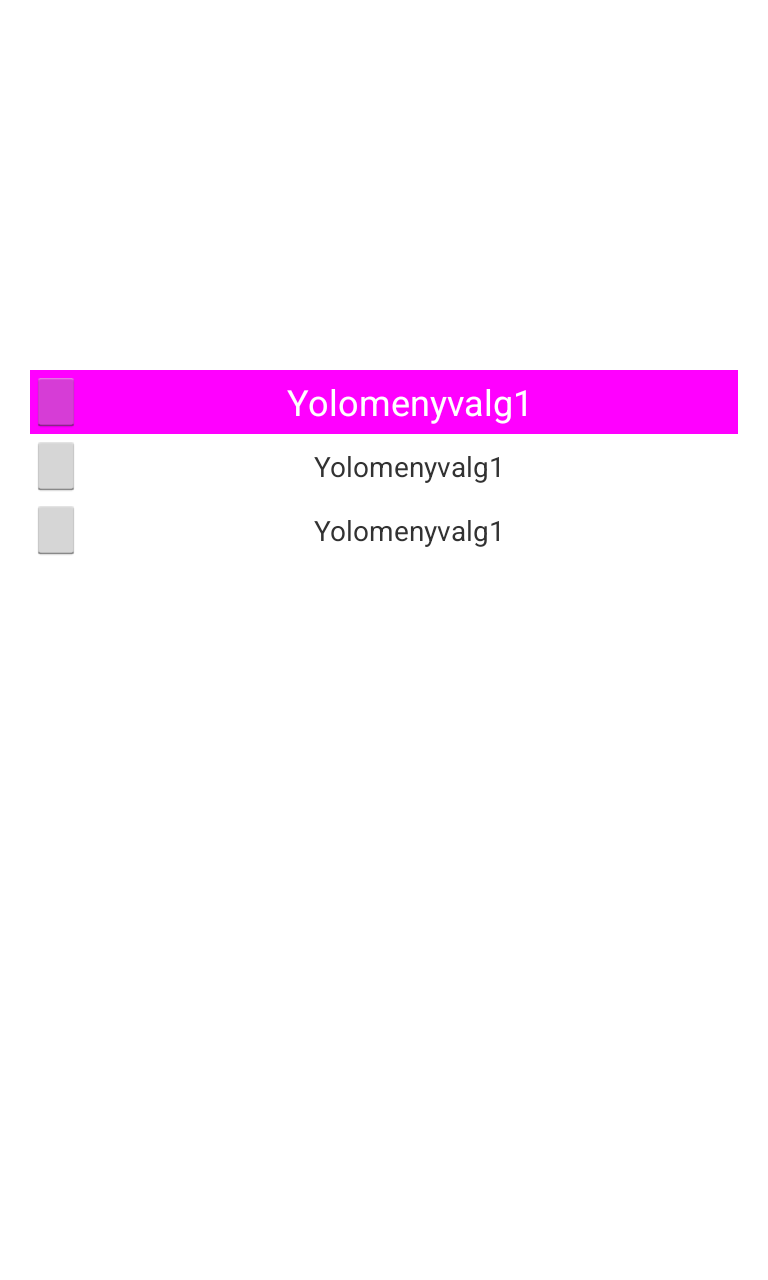
Repository: pumalove/workspace
Layout: MainActivity/res/layout/gridview.xml
These files come from the project's save history. The layout is drawn as it stood at one moment and after the next save; the edit follows.
It is drawn on a 768 x 1280 px phone screen (xhdpi) without system bars, with theme AppTheme; the app's code is not run. Lists and similar views that code fills are empty.

Above is the layout before, as saved 2014-03-17 12:00:54.

After the next save:
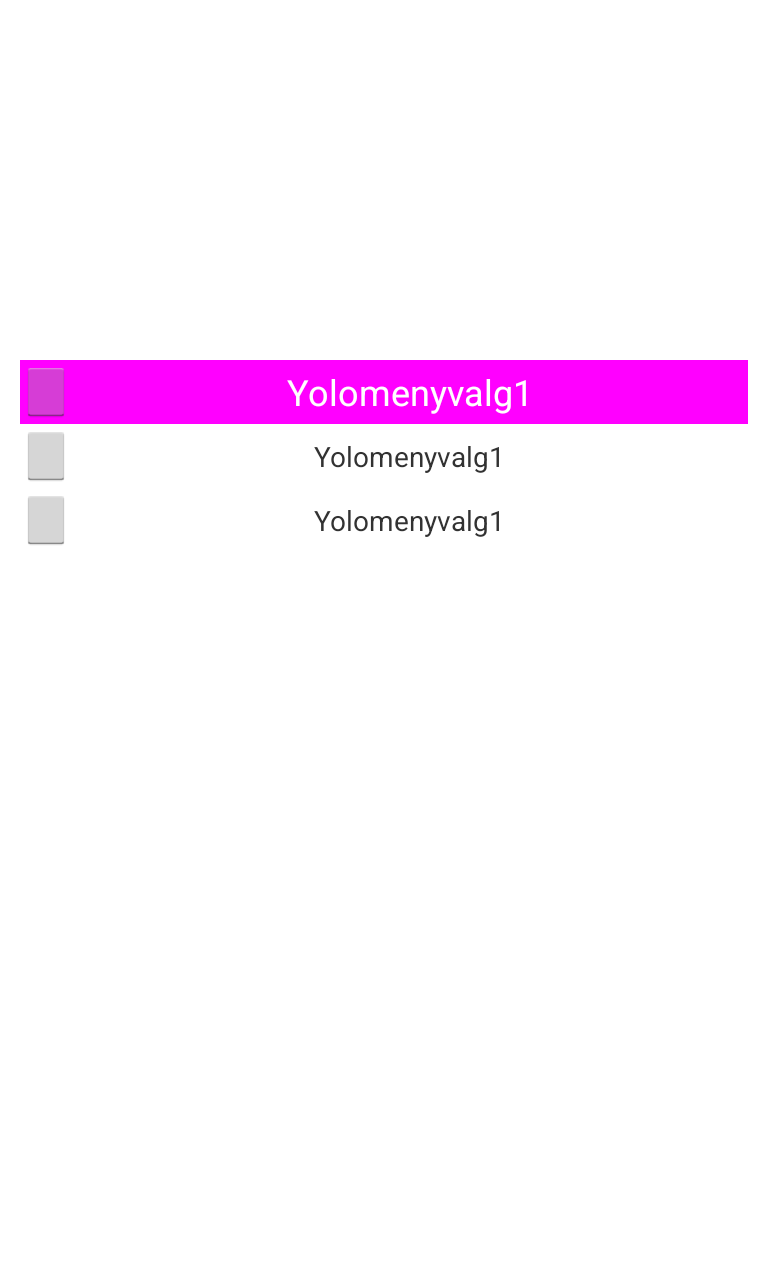
Saved 34 s later.
--- a/MainActivity/res/layout/gridview.xml
+++ b/MainActivity/res/layout/gridview.xml
@@ -3,7 +3,7 @@
     android:layout_width="match_parent"
     android:layout_height="wrap_content"
     android:orientation="vertical"
-    android:padding="15dp">
+    android:padding="10dp">
 
     <LinearLayout
         android:layout_marginBottom="20dp"
